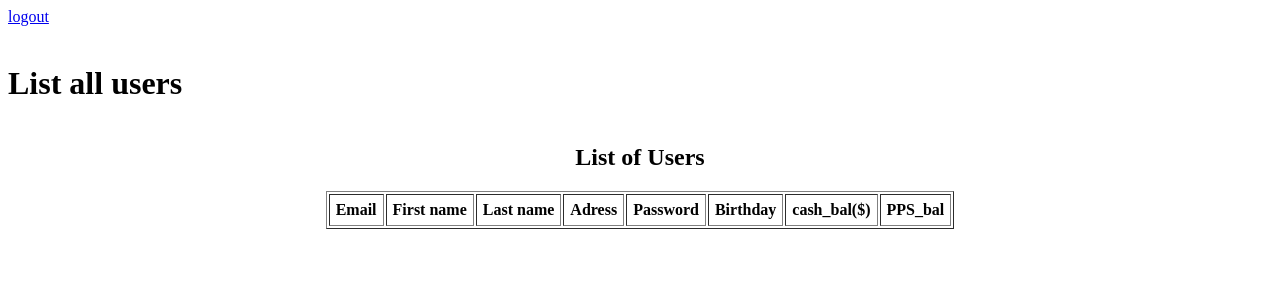
Repository: OmerMohammed123/datebase_project1
Page: http://localhost/database/User.jsp
An editor plug-in stored every save of this project. The page is shown before and after the next save, followed by the edit.
The browser window is 1280 px wide. The pictures show the whole page.
The page is served by Tomcat 9.

Above is the page before, as saved 2023-10-26 00:58:52.

After the next save:
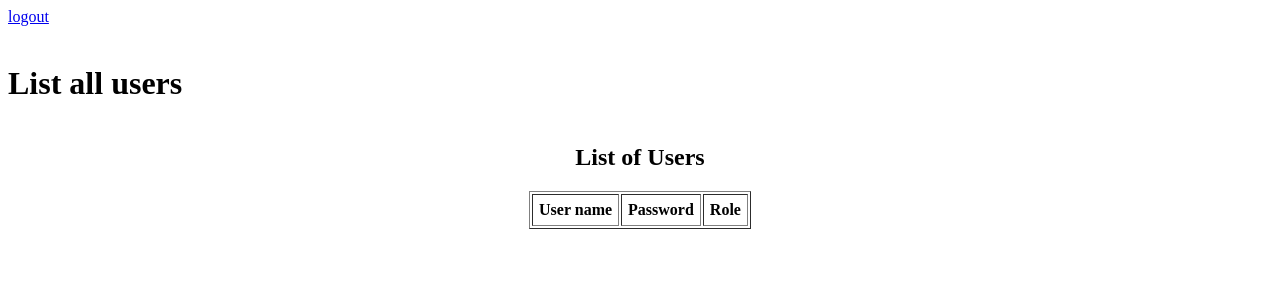
Saved 9 min 21 s later.
--- a/database/WebContent/User.jsp
+++ b/database/WebContent/User.jsp
@@ -16,25 +16,17 @@
         <table border="1" cellpadding="6">
             <caption><h2>List of Users</h2></caption>
             <tr>
-                <th>Email</th>
-                <th>First name</th>
-                <th>Last name</th>
-                <th>Adress</th>
+                <th>User name</th>
                 <th>Password</th>
-                <th>Birthday</th>
-                <th>cash_bal($)</th>
-                <th>PPS_bal</th>
+                <th>Role</th>
+
             </tr>
             <c:forEach var="user" items="${get_user}">
                 <tr style="text-align:center">
-                    <td>"${user.email}" </td>
-                    <td>"${user.firstName}"</td>
-                    <td>"${user.lastName}"</td>
-                    <td>"${user.adress_street_num} ${users.adress_street} ${users.adress_city} ${users.adress_state} ${users.adress_zip_code}"</td>
+                    <td>"${user.username}" </td>
                     <td>"${user.password}"</td>
-                    <td>"${user.birthday}"</td>
-                    <td>"${user.cash_bal}"</td>
-                    <td>"${user.PPS_bal}"</td>
+                    <td>"${user.role}"</td>
+
                  </tr>
             </c:forEach>
           </table>
